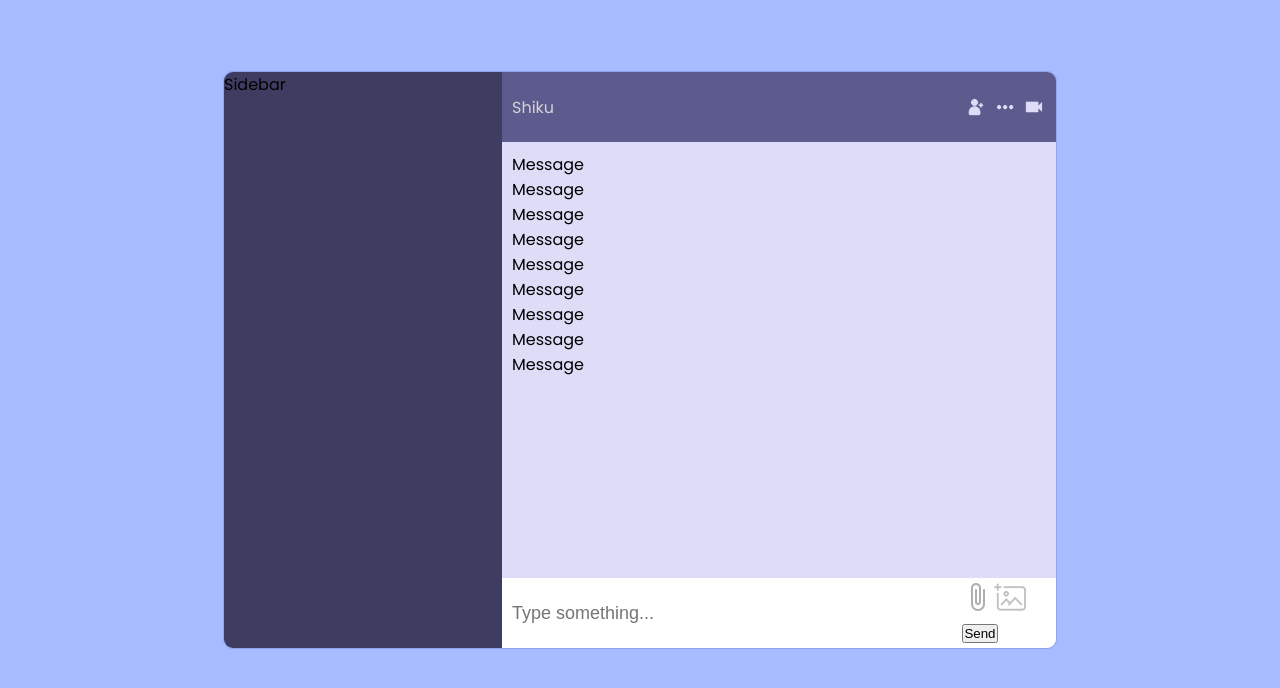
Repository: shikubro90/chatapp
Page: /
An editor plug-in stored every save of this project. The page is shown before and after a run of saves, followed by the edit.
The browser window is 1280 px wide. The pictures show the whole page.
The project was rebuilt for these pictures with package versions that can differ from the ones it lists, and the page was loaded fresh each time. Also part of the build but not shown: src/pages/Login.jsx, src/pages/Register.jsx.

Above is the page before, as saved 2022-09-14 20:30:59.

### src/App.js
import './App.css';
import Login from './pages/Login';
import Register from './pages/Register';
import Home from './pages/Home'
import './style.scss'

function App() {
  return (
    <div className="App">
      {/* <Register/> */}
      {/* <Login/> */}
      <Home/>
    </div>
  );
}

export default App;

### src/App.css
@import url(https://fonts.googleapis.com/css?family=Poppins:100,100italic,200,200italic,300,300italic,regular,italic,500,500italic,600,600italic,700,700italic,800,800italic,900,900italic);



*{
  margin: 0;
  padding: 0;
}

body,html{
  font-family: "Poppins", sans-serif, system-ui, -apple-system, BlinkMacSystemFont, 'Segoe UI', Roboto, Oxygen, Ubuntu, Cantarell, 'Open Sans', 'Helvetica Neue', sans-serif;
  box-sizing: border-box;
}


/* .App {
  text-align: center;
}

.App-logo {
  height: 40vmin;
  pointer-events: none;
}

@media (prefers-reduced-motion: no-preference) {
  .App-logo {
    animation: App-logo-spin infinite 20s linear;
  }
}

.App-header {
  background-color: #282c34;
  min-height: 100vh;
  display: flex;
  flex-direction: column;
  align-items: center;
  justify-content: center;
  font-size: calc(10px + 2vmin);
  color: white;
}

.App-link {
  color: #61dafb;
}

@keyframes App-logo-spin {
  from {
    transform: rotate(0deg);
  }
  to {
    transform: rotate(360deg);
  }
} */

### src/pages/Home.jsx
import React from 'react'
import Sidebar from '../Components/SideBar'
import ChatBar from '../Components/ChatBar'


const Home = () => {
  return (
    <div className='home'>
        <div className="container">
            <Sidebar/>
            <ChatBar/>
        </div>
    </div>
  )
}

export default Home

### src/style.scss
.formContainer{
    background-color: #a7bcff;
    height: 100vh;
    display: flex;
    align-items: center;
    justify-content: center;

    .formWrapper{

        background-color: white;
        padding: 20px 60px;
        border-radius: 10px;
        display: flex;
        flex-direction: column;
        gap: 10px;
        align-items: center;

        form{

            display: flex;
            flex-direction: column;
            gap: 15px;

            input{
                padding: 10px 10px;
                min-width: 250px;
                border: none;
                border-bottom: 1px solid #a7bcff;
                outline: none;
            }&::placeholder{
                color: rgba(175, 175, 175);
            }

            button{
                background-color: #a7bcff;
                color: white;
                padding: 10px;
                font-weight: bold;
                border: none;
                cursor: pointer;
            }

            label{
                display: flex;
                align-items: center;
                color: #8da4f1;
                gap: 10px;
                font-size: 12px;
                cursor: pointer;

                img{
                    width: 32px;
                }
            }
        }

        p{
            color: #5d5b8d;

        }

        .logo{
            color: #5d5b8d;
            font-weight: bold;
            font-size: 24px;
        }

        .title{
            color: #5d5b8d;
            font-size: 12px;
        }
    }
}


// Home page css

.home{
    background-color: #a7bcff;
    height: 100vh;
    display: flex;
    align-items: center;
    justify-content: center;

    .container{
        border: 1px solid #8da4f1;
        border-radius: 10px;
        width: 65%;
        height: 80%;
        display: flex;
        overflow: hidden;

        .sideBar{
            flex: 1;
            border-right: 1px solid #3e3c61;
            background: #3e3c61;

            .navbar{
                display: flex;
                justify-content: space-between;
                background-color: #2f2d52;
                padding: 10px;
                height: 50px;
                align-items: center;
                color: white;

                .user{
                    display: flex;
                    align-items: center;
                    gap: 10px;

                    img{
                        background: #ddddf7;
                        height: 24px;
                        width: 24px;
                        border-radius: 50%;
                        object-fit: cover;
                    }
                    button{
                        background-color: #5d5b8d;
                        color: #ddddf7;
                        font-size: 10px;
                        border: none;
                        cursor: pointer;
                        padding: 4px 6px;
                        border-radius: 2px;
                    }
                }
            }


            .search{

                border-bottom: 1px solid gray;

                .searchForm{

                    padding: 10px;

                    input{
                        color: white;
                        outline: none;
                        background-color: transparent;
                        border: none;
                        &::placeholder{
                            color: lightgray;
                        }
                    }
                }

                .userChat{
                    padding: 10px;
                    display: flex;
                    align-items: center;
                    gap: 10px;
                    color: white;
                    cursor: pointer;
                     &:hover{
                        background-color: #2f2d52;
                     }
                    img{
                        height: 50px;
                        width: 50px;
                        border-radius: 50%;
                        object-fit: cover;
                    }
                }

            }

            .chats{
                .userChat{
                    padding: 10px;
                    display: flex;
                    align-items: center;
                    gap: 10px;
                    color: white;
                    cursor: pointer;
                     &:hover{
                        background-color: #2f2d52;
                     }
                    img{
                        height: 50px;
                        width: 50px;
                        border-radius: 50%;
                        object-fit: cover;
                    }

                    .userChatInfo{
                        span{
                            font-size: 18px;
                            font-weight: 500;
                        }
                        p{
                            font-size: 14px;
                            color: lightgray;
                        }
                    }

                }
            }


        }
        .chatBar{
            flex: 2;
            .chatInfo{

                height: 50px;
                background-color: #5d5b8d;
                display: flex;
                align-items: center;
                justify-content: space-between;
                padding: 10px;
                color: lightgray;

                .chatIcon{
                    display: flex;
                    align-items: center;
                    justify-content: center;
                    gap: 5px;

                    img{
                        height: 24px;
                        color: lightgray;
                        cursor: pointer;
                    }
                }
            }
            .messages{
                background: #ddddf7;
                padding: 10px;
                height: calc(100% - 160px);
            }
            .input{
                height: 50px;
                background: white;
                padding: 10px;
                display: flex;
                align-items: center;
                justify-content: space-between;

                input{
                    width: 100%;
                    outline: none;
                    border: none;
                    color: #2f2d52;
                    font-size: 18px;

                }
            }

        }
    }
}

### src/Components/SideBar.jsx
import React from 'react'

const SideBar = () => {
  return (
    <div className='sideBar'>Sidebar</div>
  )
}

export default SideBar

### src/Components/ChatBar.jsx
import add from '../img/add.png'
import more from '../img/more.png'
import cam from '../img/cam.png'
import Messages from './Messages'
import Input from './Input'

const ChatBar = () => {
  return (
    <div className="chatBar">
      <div className="chatInfo">

        <span>Shiku</span>

        <div className="chatIcon">
          <img src={add} alt="" />
          <img src={more} alt="" />
          <img src={cam} alt="" />
        </div>

      </div>

      <Messages/>
      <Input/>
    </div>
  )
}

export default ChatBar

### src/Components/Messages.jsx
import React from 'react'
import Message from './Message'

const Messages = () => {
  return (
    <div className='messages'>
      <Message/>
      <Message/>
      <Message/>
      <Message/>
      <Message/>
      <Message/>
      <Message/>
      <Message/>
      <Message/>
    </div>
  )
}

export default Messages

### src/Components/Input.jsx
import Attach from '../img/attach.png'
import Img from '../img/img.png'

const Input = () => {
  return (
    <div className='input'>
      <input type="text" placeholder='Type something...' />
      <div className='send'>
        <img src={Attach} alt="" />
        <input type="file" style={{display : "none"}} />
        <label htmlFor="file">
          <img src={Img} id='file' alt="" />
        </label>
        <button>Send</button>
      </div>
    </div>
  )
}

export default Input

Loaded but not shown: src/index.js (common file); src/Components/Message.jsx (common file)

After the next 12 saves:
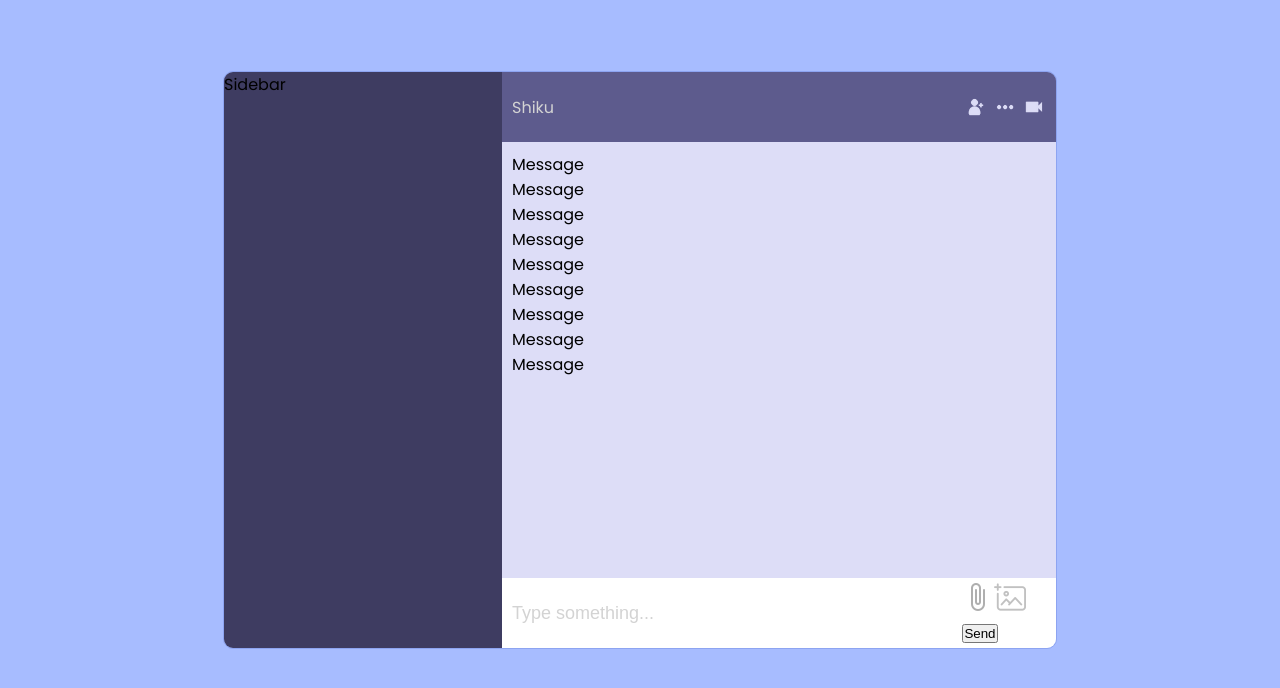
The 12 saves are shown as one change because they came seconds apart.
The last was saved 45 s later.
--- a/src/style.scss
+++ b/src/style.scss
@@ -247,6 +247,10 @@
                     color: #2f2d52;
                     font-size: 18px;
 
+                    &::placeholder{
+                        color: lightgray;
+                    }
+
                 }
             }
 
